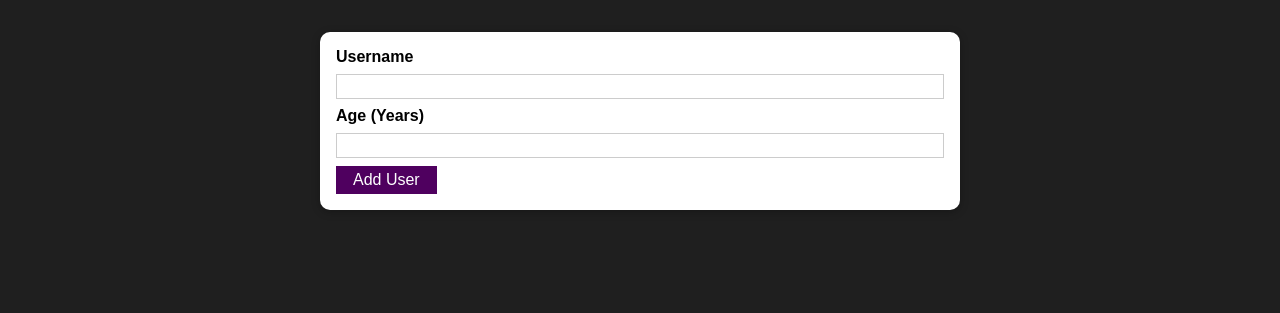
Repository: otvertka/MSC_4
Page: /
An editor plug-in stored every save of this project. The page is shown before and after a run of saves, followed by the edit.
The browser window is 1280 px wide. The pictures show the whole page.
The project was rebuilt for these pictures with package versions that can differ from the ones it lists, and the page was loaded fresh each time.

Above is the page before, as saved 2023-07-06 13:54:45.

### src/App.js
import React from "react";
import AddUser from "./components/AddUser/AddUser";

function App() {
  return (
    <div>
      <AddUser />
    </div>
  );
}

export default App;

### src/components/AddUser/AddUser.js
import React, { useState } from "react";
import classes from "./AddUser.module.css";
import Button from "../Button/Button";
import Card from "../Card/Card.js";

const AddUser = (props) => {
  const [enteredUserName, setEnteredUserName] = useState("");
  const [enteredAge, setEnteredAge] = useState("");

  const [isValid, setIsValid] = useState(true);

  const usernameChangeHandler = (event) => {
    if (event.target.value.trim().length > 0) {
      setIsValid(true);
    }
    setEnteredUserName(event.target.value);
    console.log(enteredUserName);
  };
  const ageChangeHandler = (event) => {
    setEnteredAge(event.target.value);
  };

  const addUserHandler = (event) => {
    event.preventDefault();
    if (enteredUserName.trim().length === 0 || enteredAge.trim().length === 0) {
      return;
    }
    if (+enteredAge < 1) {
      return;
    }
    console.log(enteredUserName, enteredAge);
    setEnteredUserName("");
    setEnteredAge("");
  };

  return (
    <Card cssClass={classes.input}>
      <form onSubmit={addUserHandler}>
        <label htmlFor="username">Username</label>
        <input
          id="username"
          type="text"
          value={enteredUserName}
          onChange={usernameChangeHandler}
        />
        <label htmlFor="age">Age (Years)</label>
        <input
          id="age"
          type="number"
          value={enteredAge}
          onChange={ageChangeHandler}
        />

        <Button type="submit">Add User</Button>
      </form>
    </Card>
  );
};

export default AddUser;

### src/components/AddUser/AddUser.module.css
.input {
  margin: 2rem auto;
  padding: 1rem;
  width: 90%;
  max-width: 40rem;
  /* background-color: aqua;
  border-radius: 20px; */
}

.input label {
  display: block;
  font-weight: bold;
  margin-bottom: 0.5rem;
}

.input input {
  font: inherit;
  display: block;
  width: 100%;
  border: 1px solid #ccc;
  padding: 0.15rem;
  margin-bottom: 0.5rem;
}

.input input:focus {
  outline: none;
  border-color: #4f005f;
}

### src/components/Button/Button.js
import React from "react";
import classes from "./Button.module.css";
const Button = (props) => {
  return (
    <button
      type={props.type || "button"}
      className={classes.button}
      onClick={props.onClick}
    >
      {props.children}
    </button>
  );
};

export default Button;

### src/components/Card/Card.js
import React from "react";
import classes from "./Card.module.css";

const Card = (props) => {
  return (
    <div className={`${classes.card} ${props.cssClass}`}>{props.children}</div>
  );
};

export default Card;

### src/components/UserList/UserList.js
import React from "react";
import classes from "./UserList.module.css";
import Card from "../Card/Card";

const UserList = (props) => {
  return (
    <Card cssClass={classes.users}>
      <ul>
        {props.users.map((user) => (
          <li key={user.id}>
            {user.name} ({user.age} years old)
          </li>
        ))}
      </ul>
    </Card>
  );
};

export default UserList;

Loaded but not shown: public/index.html (common file); src/index.js (common file); src/index.css (common file); src/components/Button/Button.module.css (common file); src/components/Card/Card.module.css (common file); src/components/UserList/UserList.module.css (common file)

After the next 2 saves:
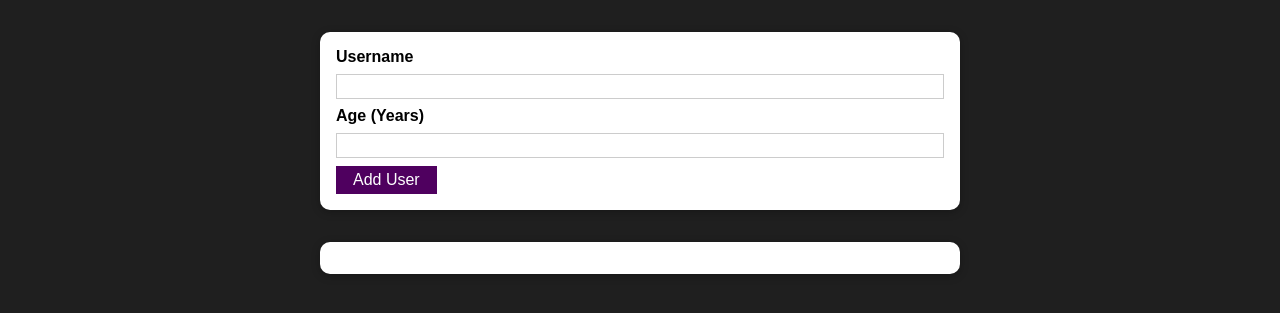
The 2 saves are shown as one change because 1 did not build or start.
The last was saved 8 min 27 s later.
--- a/src/App.js
+++ b/src/App.js
@@ -1,10 +1,12 @@
 import React from "react";
 import AddUser from "./components/AddUser/AddUser";
+import UserList from "./components/UserList/UserList";
 
 function App() {
   return (
     <div>
       <AddUser />
+      <UserList users={[]} />
     </div>
   );
 }
